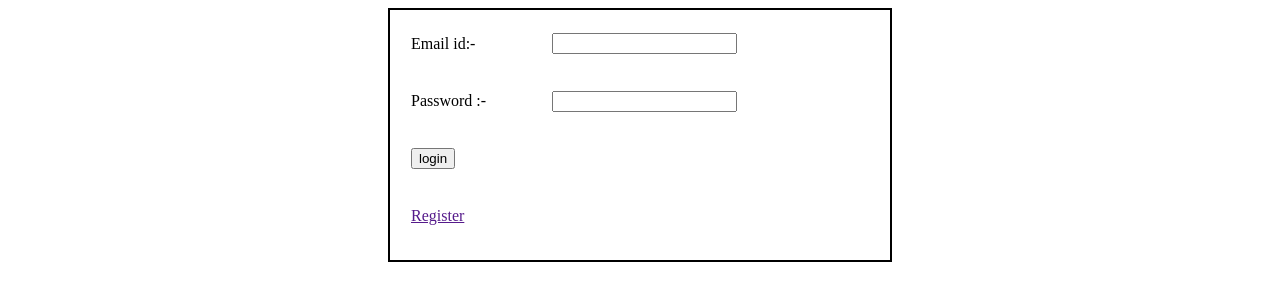
Repository: ShivrajMPujari/ServletApplication
Page: http://localhost/LoginReg/
An editor plug-in stored every save of this project. The page is shown before and after the next save, followed by the edit.
The browser window is 1280 px wide. The pictures show the whole page.
The page is served by Tomcat 9.

Above is the page before, as saved 2018-07-09 06:06:06.

After the next save:
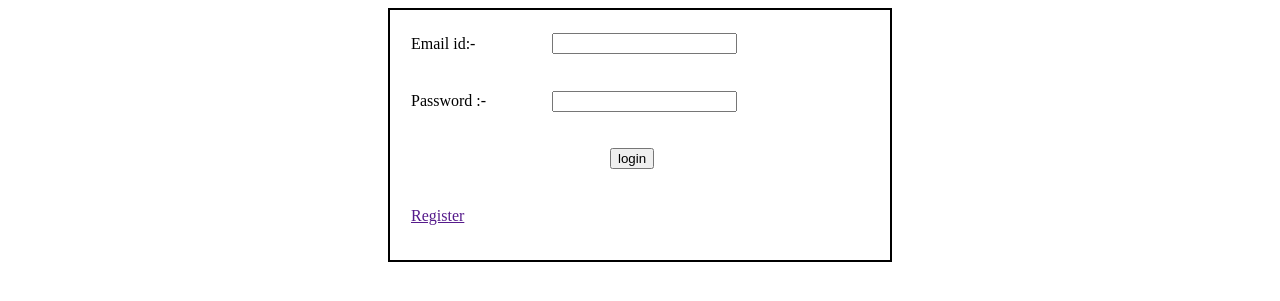
Saved 44 s later.
--- a/LoginReg/WebContent/index.css
+++ b/LoginReg/WebContent/index.css
@@ -17,6 +17,6 @@ tr{
 	height: 30px;
 }
 .submitButton{
-	padding-right:200px;
+	padding-left:200px;
 
 }
